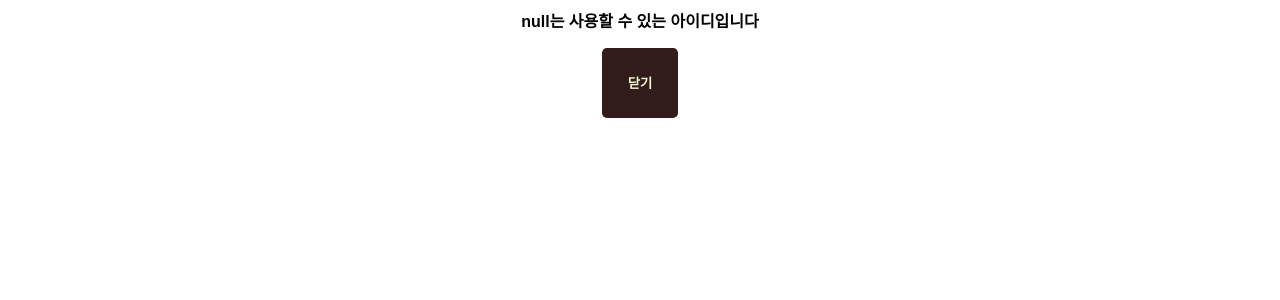
Repository: juhyun110701/DORANDORAN
Page: http://localhost/dorandoran/idDupChk.jsp
These files come from the project's save history. The page is drawn as it stood at one moment and after the next save; the edit follows.
The browser window is 1280 px wide. The pictures show the whole page.
Some web fonts or font styles are not loaded; a fallback is used. The page is served by Tomcat 9. Queries for data that is not in the repository find no rows.

Above is the page before, as saved 2019-08-12 12:16:02.

### dorandoran/WebContent/idDupChk.jsp
<%@ page language="java" contentType="text/html; charset=utf-8"
    pageEncoding="utf-8" import="java.sql.*"%>
<%@ page import="doran.db.connection.DBConnection" %>
<!DOCTYPE html PUBLIC "-//W3C//DTD HTML 4.01 Transitional//EN" "http://www.w3.org/TR/html4/loose.dtd">
<html>
<head>
<meta http-equiv="Content-Type" content="text/html; charset=utf-8">
<title>도란도란 : 아이디 중복체크</title>
<style>
	*{
    	font-family: 'Sunflower', sans-serif;
    	font-weight:bold;
	}
    .btn2{
    	background-color:#311b1b;
    	color:lightgoldenrodyellow;
    	border:0;
		outline:0;
		border-radius:5px;
		padding:2%;
    }
</style>
<link href="https://fonts.googleapis.com/css?family=Sunflower:300&display=swap" rel="stylesheet">
<script>
	function dupChk(){
		document.forms['form'].submit();
		window.close();
	}


</script>
</head>
<body>
<center>
	<%
		String formid=request.getParameter("id");

		//db연결
	    Connection conn=null;
	    PreparedStatement pstmt=null;
	    ResultSet rs=null;

	    try{
	    	conn=DBConnection.getCon();
	    	String sql="select id from member where id='"+formid+"'";
	    	pstmt=conn.prepareStatement(sql);
	    	rs=pstmt.executeQuery();

	    	if(rs.next()){
				out.println("<font color='red'>"+formid+"는 사용할 수 없는 아이디입니다</font>");%><p>
				새로운 아이디를 입력하세요
				<form name="checkForm" method="post" action="idDupChk.jsp">
					<input type="text" name="id" class="text" size=30>
					<input type="submit" class="btn2" value="중복확인">
					<!-- <input type="button" class="btn2" value="창닫기" onclick="dupChk()"><p> -->
				</form>
<%	  		}//if
	    	else{
	  			out.println(formid+"는 사용할 수 있는 아이디입니다");%><p>
	  			<input type="button" class="btn2" value="닫기" onclick="setid()">
<%	    	}
	    }//try
	    catch(SQLException e){
	    	System.out.println(e.getMessage());
	    }
	    finally{
			try{
				if(rs!=null) rs.close();
				if(pstmt!=null) pstmt.close();
				if(conn!=null) conn.close();
			}
			catch(SQLException e){
				System.out.println(e.getMessage());
			}
		}
	%>
</center>
<script>
	function setid(){
		opener.document.form.id.value="<%=formid%>";
		self.close();
	}
</script>
</body>
</html>

### dorandoran/src/doran/db/connection/DBConnection.java
package doran.db.connection;

import java.sql.Connection;
import java.sql.DriverManager;
import java.sql.SQLException;

public class DBConnection {
	public static Connection getCon() throws SQLException{
		Connection conn=null;
		try {
			Class.forName("oracle.jdbc.driver.OracleDriver");
			String url = "jdbc:oracle:thin:@10.96.123.224:1521:xe";
		    String user = "doran";
		    String pass = "1234";

		    conn = DriverManager.getConnection(url, user, pass);
		    return conn;
		}
		catch(ClassNotFoundException e) {
			System.out.println(e.getMessage());
			return null;
		}
	}
}

After the next save:
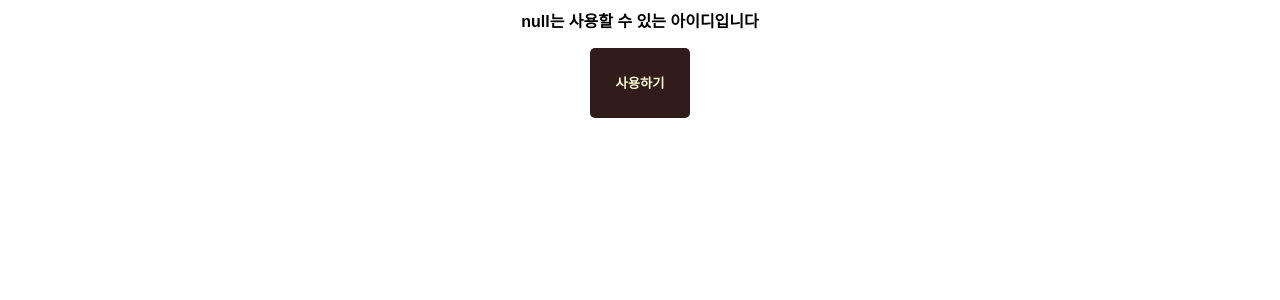
Saved 25 s later.
--- a/dorandoran/WebContent/idDupChk.jsp
+++ b/dorandoran/WebContent/idDupChk.jsp
@@ -57,7 +57,7 @@
 <%	  		}//if
 	    	else{
 	  			out.println(formid+"는 사용할 수 있는 아이디입니다");%><p>
-	  			<input type="button" class="btn2" value="닫기" onclick="setid()">
+	  			<input type="button" class="btn2" value="사용하기" onclick="setid()">
 <%	    	}
 	    }//try
 	    catch(SQLException e){
